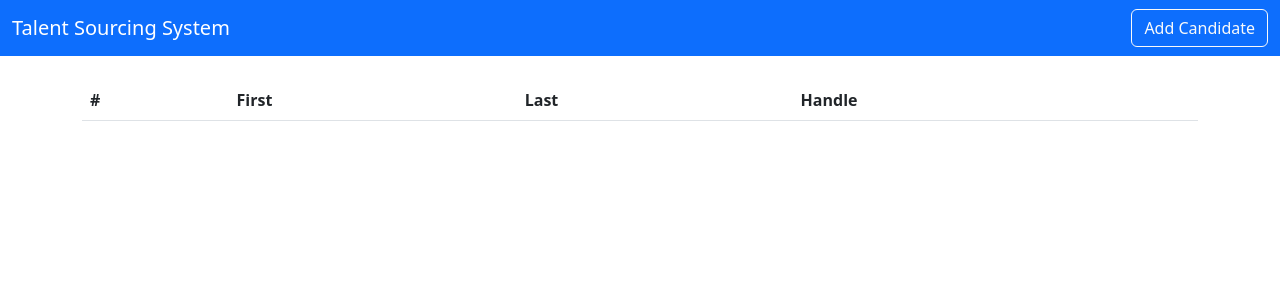
Repository: mfd10/talent-sourcing-system-frontend
Page: /
An editor plug-in stored every save of this project. The page is shown before and after the next save, followed by the edit.
The browser window is 1280 px wide. The pictures show the whole page.
The page's requests for data from a server got no answer. The project was rebuilt for these pictures with package versions that can differ from the ones it lists, and the page was loaded fresh each time. No one was signed in, and anything a server would have sent is missing.

Above is the page before, as saved 2022-11-11 21:10:05.

After the next save:
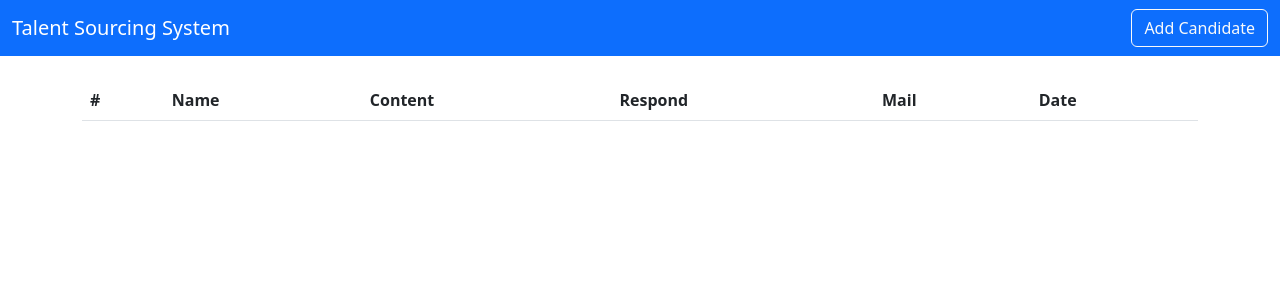
Saved 4 min 14 s later.
--- a/src/pages/Home.js
+++ b/src/pages/Home.js
@@ -20,9 +20,11 @@ export default function Home() {
           <thead>
             <tr>
               <th scope="col">#</th>
-              <th scope="col">First</th>
-              <th scope="col">Last</th>
-              <th scope="col">Handle</th>
+              <th scope="col">Name</th>
+              <th scope="col">Content</th>
+              <th scope="col">Respond</th>
+              <th scope="col">Mail</th>
+              <th scope="col">Date</th>
             </tr>
           </thead>
           <tbody>
@@ -34,6 +36,7 @@ export default function Home() {
               <td>{candidate.content}</td>
               <td>{candidate.candidate_responded}</td>
               <td>{candidate.mail}</td>
+              {/* TODO: Date Tarih gösterimi düzeltilecek */}
               <td>{candidate.date}</td>
             </tr>
             ))
